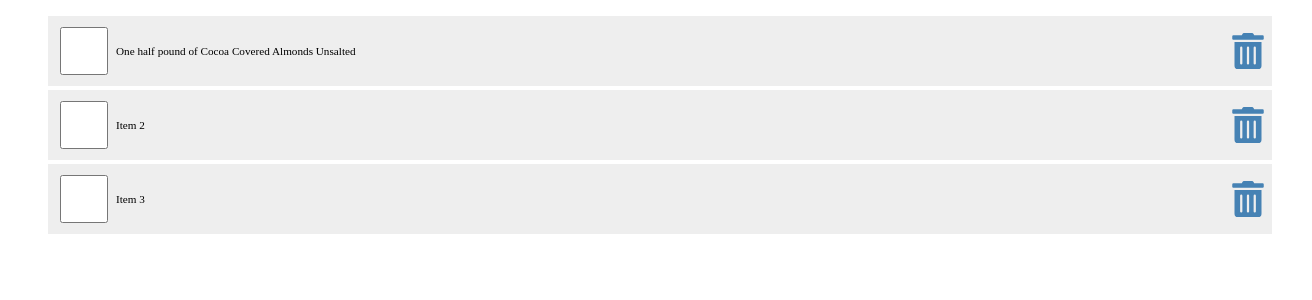
Repository: akinmiday/react-series
Page: /
An editor plug-in stored every save of this project. The page is shown before and after the next save, followed by the edit.
The browser window is 1280 px wide. The page is 1280 px wide, then 1312 px, so the pictures cover 1312 px, including what lies to the right of the window. The pictures show the whole page.
The project was rebuilt for these pictures with package versions that can differ from the ones it lists, and the page was loaded fresh each time. Also part of the build but not shown: vite.config.js, src/index.css.

Above is the page before, as saved 2023-08-21 18:07:06.

### src/App.jsx
import { useState } from 'react'
import { FaTrashAlt } from "react-icons/fa"
import './App.css'

const App = () => {

  const [items, setItems] = useState([
    {
      id: 1,
      checked: false,
      item: "One half pound of Cocoa Covered Almonds Unsalted"
    },
    {
      id: 2,
      checked: false,
      item: "Item 2"
    },
    {
      id: 3,
      checked: false,
      item: "Item 3"

    }
  ])


  return (
    <>
      <ul>
        {items.map((item) => (
          <li className='item' key={item.id} >
            <input
              type='checkbox'
              checked={item.checked}
            />
            <label>{item.item}</label>
            <FaTrashAlt
              role='button'
              tabIndex="0"
            />
          </li>
        ))}
      </ul>
    </>
  )
}

export default App

### src/App.css
ul li::before{
    content: "\200B";
}

.item{
    display: flex;
    justify-content: flex-start;
    align-items: center;
    padding: 0.5rem 0 0.5rem 0.5rem;
    margin: 0.25rem 0;
    background-color: #eee;
}

.item input[type="checkbox"] {
    text-align: center;
    width: 2.5rem;
    width: 48px;
    min-width: 48px;
    height: 2.5rem;
    height: 48px;
    min-height: 48px;
    cursor: pointer;
    margin-right: 0.5rem;
}

.item input[type="checkbox"]:focus + label{
text-decoration: underline;
}

.item > label{
    font-size: 0.7rem;
    flex-grow: 1;
}

.item svg{
    width: 48px;
    min-width: 48px;
    height: 36px;
    font-size: 2px;
    color: steelblue;
    cursor: pointer;
}

.item svg:focus,
.item svg:hover{
    color: red;
    outline: none;
}

Loaded but not shown: index.html (common file); src/main.jsx (common file)

After the next save:
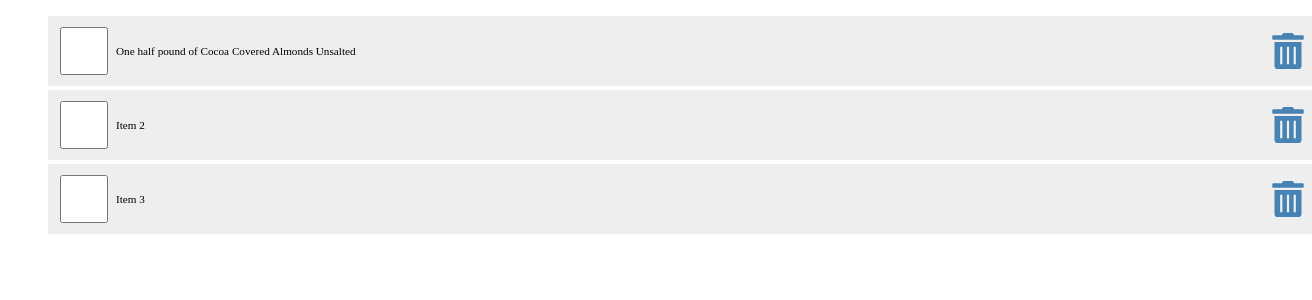
Saved 37 s later.
--- a/src/App.css
+++ b/src/App.css
@@ -1,3 +1,8 @@
+ul {
+    width: 100%;
+    list-style: none;
+}
+
 ul li::before{
     content: "\200B";
 }
